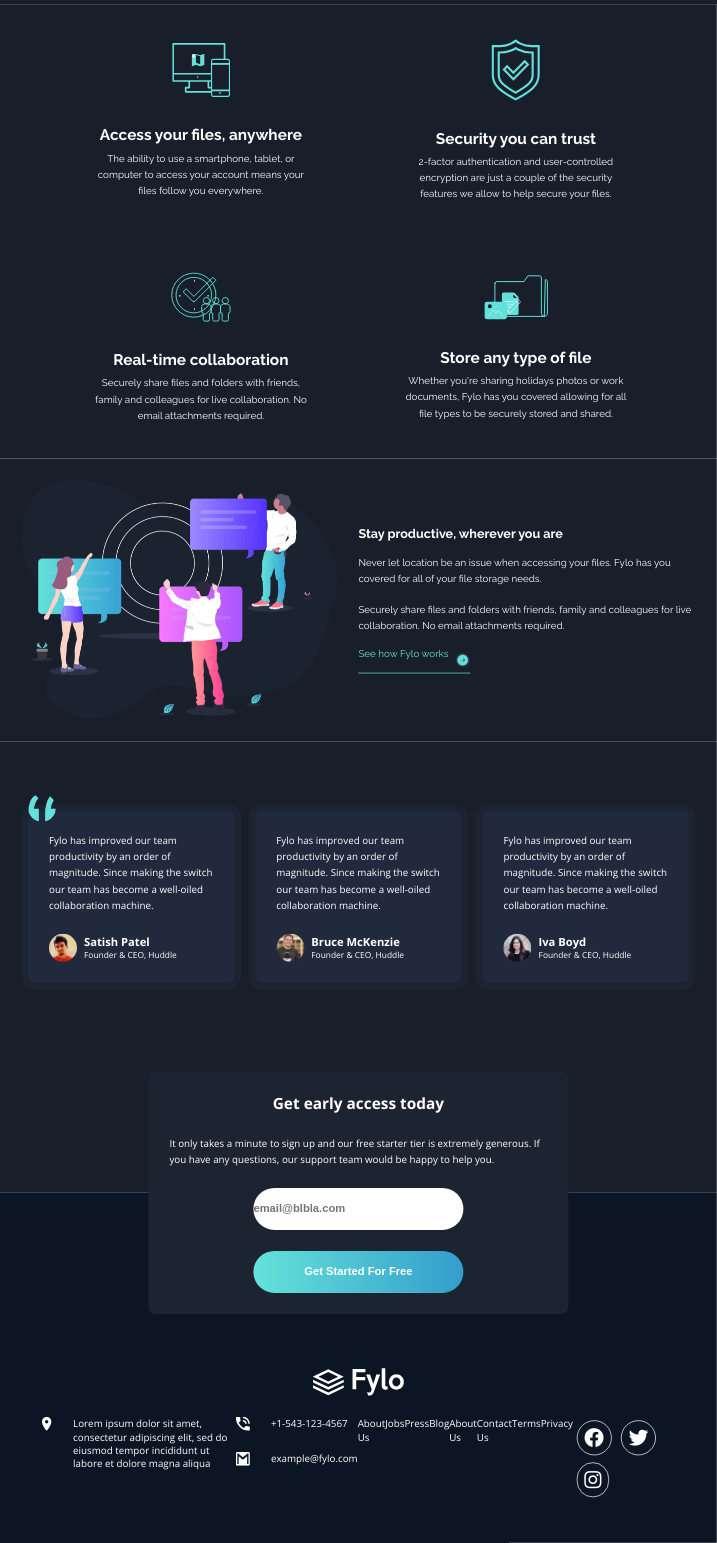
Repository: tomas938/fylo-dark-theme-landing-page-master
Page: index.html
These files come from the project's save history. The page is drawn as it stood at one moment and after the next save; the edit follows.
The browser window is 1024 px wide. The pictures show the part of the page from y = 780 to 3020 px (the page is 2984 px tall before and 3020 px after), at 70% of full size.
Some web libraries are served in a nearby version. The style sheet was rebuilt from its Sass, Less or Tailwind sources for each picture, by a compiler version that may differ from the author's.

Above is the page before, as saved 2021-08-05 19:56:48.

After the next save:
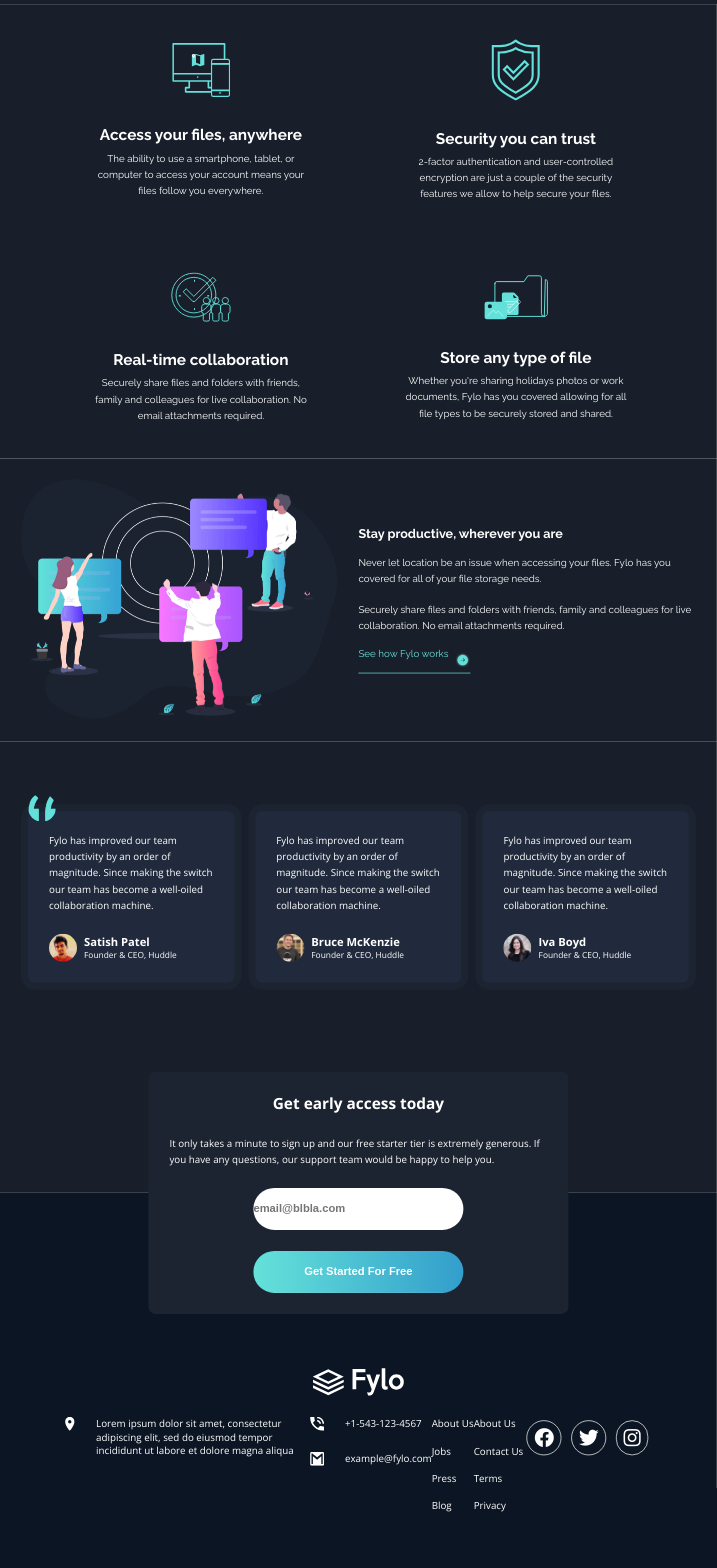
Saved 6 s later.
--- a/scss/_partials/_footer.scss
+++ b/scss/_partials/_footer.scss
@@ -97,13 +97,11 @@
 	.footer__content {
 		display: flex;
 		justify-content: space-between;
-		@media only screen and (max-width: 1100px) {
-			flex-direction: row;
-		}
 	}
 	.right-links,
 	.left-links {
 		display: flex;
+		flex-direction: column;
 	}
 }
 .logo {
